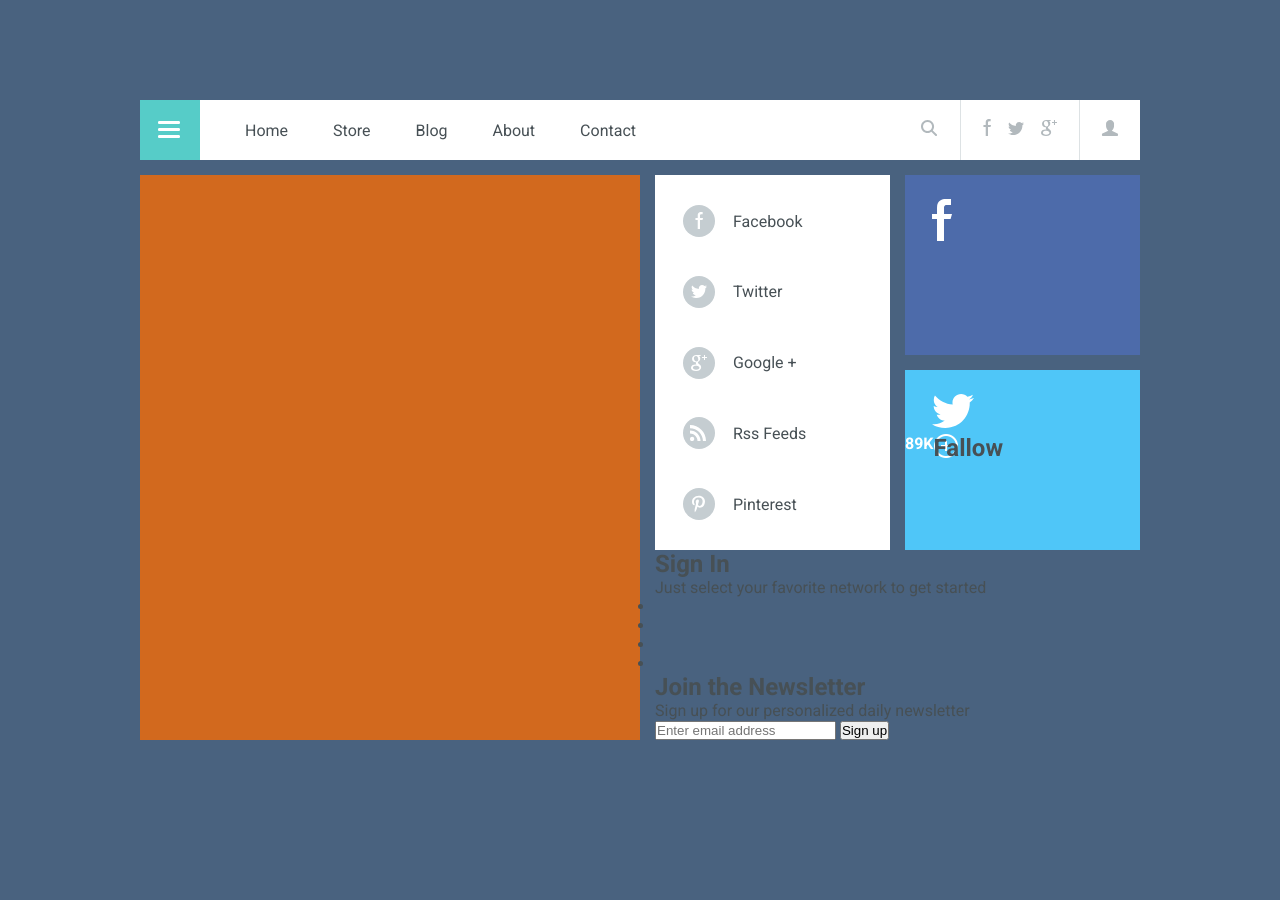
Repository: pawelczubak/WeeklyWebDevChallenge
Page: Challenge_4/index.html
An editor plug-in stored every save of this project. The page is shown before and after the next save, followed by the edit.
The browser window is 1280 px wide. The pictures show the whole page.
Some web libraries are served in a nearby version.

Above is the page before, as saved 2020-04-28 11:19:53.

After the next save:
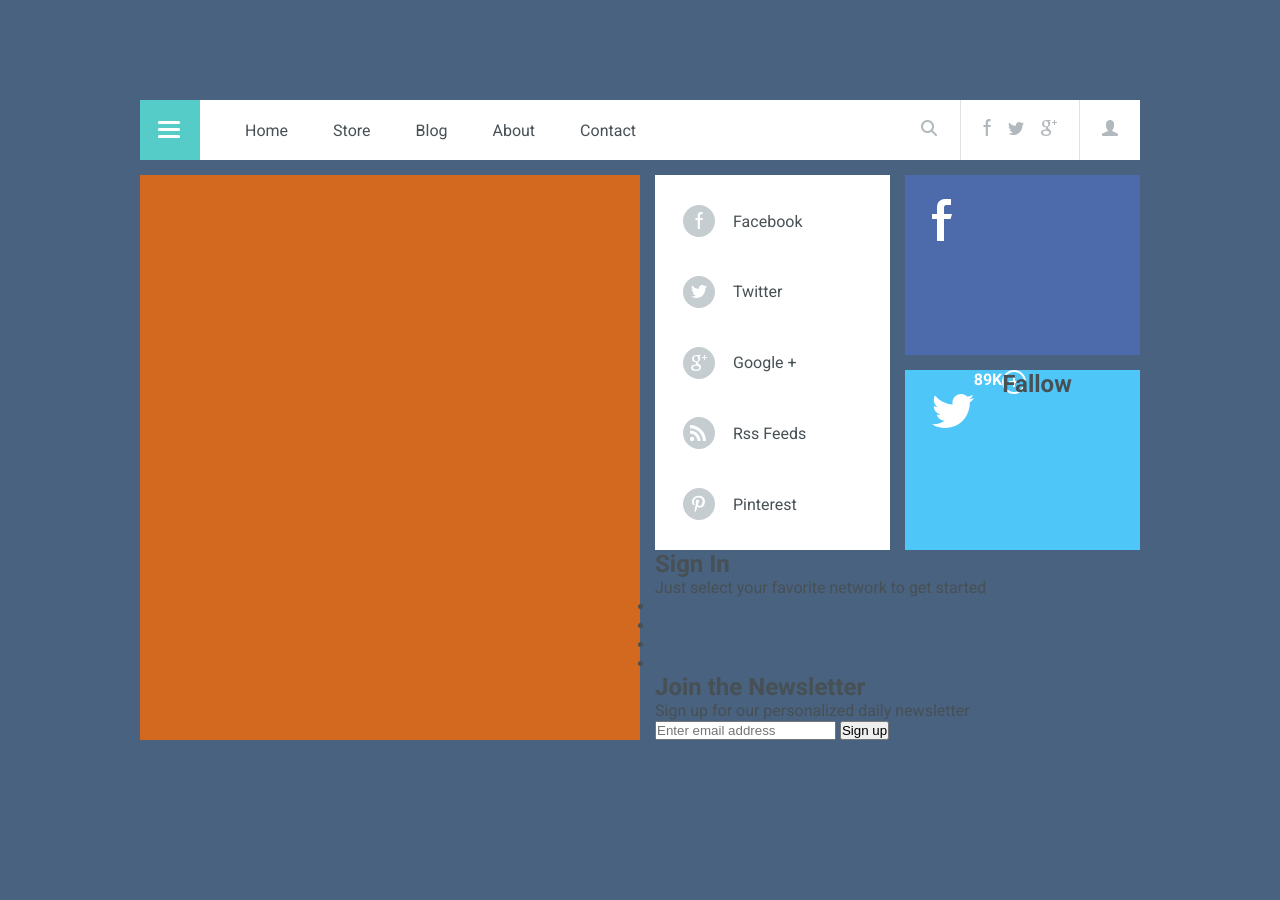
Saved 114 s later.
--- a/Challenge_4/css/main.css
+++ b/Challenge_4/css/main.css
@@ -201,12 +201,14 @@ body {
 }
 
 .socials-container__facebook-widget {
+    display: flex;
     height: 180px;
     background-color: #4d6baa;
     margin-bottom: 15px;
 }
 
 .socials-container__twitter-widget {
+    display: flex;
     height: 180px;
     background-color: #4fc6f8;
 }
